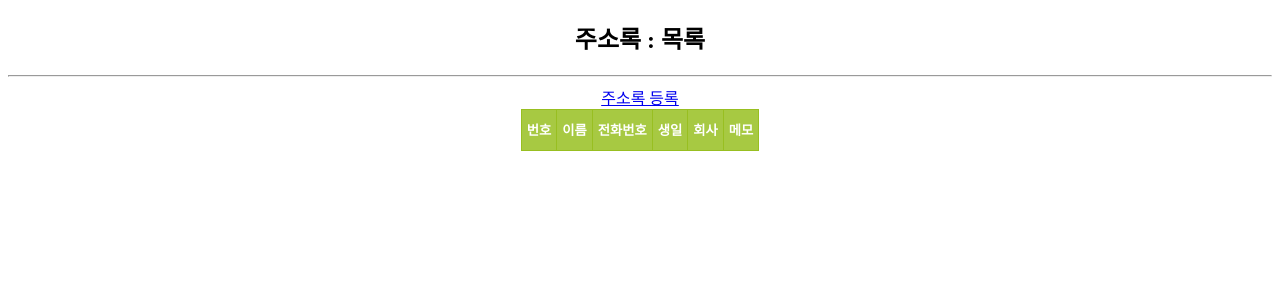
Repository: BeigeBear/TEST
Page: http://localhost/Addrbook/WebContents/addrbook_list.jsp
These files come from the project's save history. The page is drawn as it stood at one moment and after the next save; the edit follows.
The browser window is 1280 px wide. The pictures show the whole page.
The page is served by Tomcat 9. Nobody is signed in. The application's start-up code is not run. Other server files are loaded and not shown.

Above is the page before, as saved 2022-12-06 03:49:56.

### Addrbook/WebContents/addrbook_list.jsp
<%@ page language="java" contentType="text/html; charset=utf-8"
    pageEncoding="utf-8"
    errorPage="addrbook_error.jsp"
    import="com.addrbook.model.*, java.util.*" %>

<jsp:useBean id="addrList" scope="request" class="java.util.ArrayList" />


<!DOCTYPE html>
<html>
<head>
	<meta charset="utf-8">
	<link rel="stylesheet" href="addrbook.css" type="text/css" media = "screen" />
	<script>
		function check(id){
			pwd = prompt('수정/삭제 하려면 비밀번호를 넣으세요');
			document.location.href="addrbook_control.jsp?action=edit&ab_id="+ab_id+"&upasswd="+pwd;
		}
	</script>

	<title>주소록 : 목록</title>
</head>

<body>
<div align = "center">
	<h2>주소록 : 목록</h2>
	<hr>
	<a href ="/Addrbook/insert.do">주소록 등록</a>
	<form>

	<table border="1">
	<tr bgcolor="#99CCFF">
		<tr>
		<th>번호</th>
		<th>이름</th>
		<th>전화번호</th>
		<th>생일</th>
		<th>회사</th>
		<th>메모</th>
		</tr>

		<%
			for(AddrDto addr : (ArrayList<AddrDto>) addrList) {
		 %>
			<tr>
				<td>
					<a href="javascript:check(<%= addr.getId() %>)" >
					<%= addr.getId() %></a>
				</td>
				<td> <%=addr.getEmail() %> </td>
				<td> <%=addr.getComdept() %> </td>
				<td> <%=addr.getBirth() %> </td>
				<td> <%=addr.getTel() %> </td>
				<td> <%=addr.getMemo() %> </td>
			</tr>
		<%
			}
		%>
		</table>
</div>
</body>








</html>

### Addrbook/WebContents/addrbook.css
@charset "UTF-8";

table{
    width :auto;
    border-collapse: collapse;
    text-align: center;
}


td, th{
    font-size: 10pt;
    border: 1px solid #98bf21;
    height: 30px;
    padding: 5px;
}

th{
    background-color: #a7c942;
    color: #ffffff;
    font-family: Georgia;
}


tr td{
    color: #000;
    background-color: #eaf2d3;
}

input{
    height: 25px;
    width: 200px;
}
input [type="submit"], [type="reset"], [type="button"]{
    height: 25px;
    width: 80px;
}

After the next save:
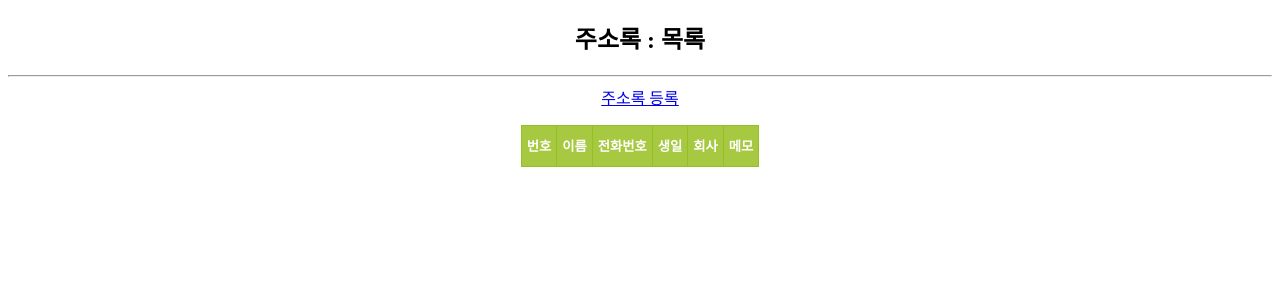
Saved 10 s later.
--- a/Addrbook/WebContents/addrbook_list.jsp
+++ b/Addrbook/WebContents/addrbook_list.jsp
@@ -25,7 +25,7 @@
 <div align = "center">
 	<h2>주소록 : 목록</h2>
 	<hr>
-	<a href ="/Addrbook/insert.do">주소록 등록</a>
+	<a href ="/Addrbook/insert.do">주소록 등록</a><p>
 	<form>
 
 	<table border="1">
